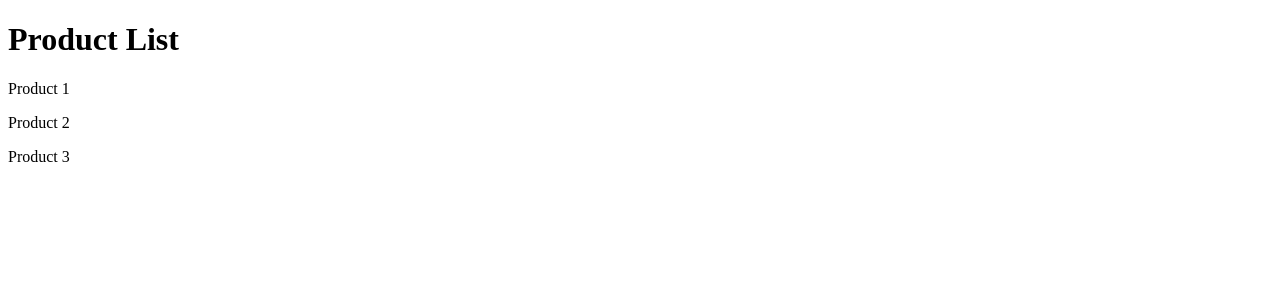
Repository: Mbote-Joseph/Nextjs-Learning
Page: /products
The author's editor kept a copy of each file at every save. The page is drawn from the files as they stood at one save, then again after the next save.
The browser window is 1280 px wide. The pictures show the whole page.
The project was rebuilt for these pictures with package versions that can differ from the ones it lists, and the page was loaded fresh each time. The framework's server and built-in components were replaced by stand-ins that run in the browser. Also part of the build but not shown: next.config.mjs.

Above is the page before, as saved 2024-09-15 08:22:37.

After the next save:
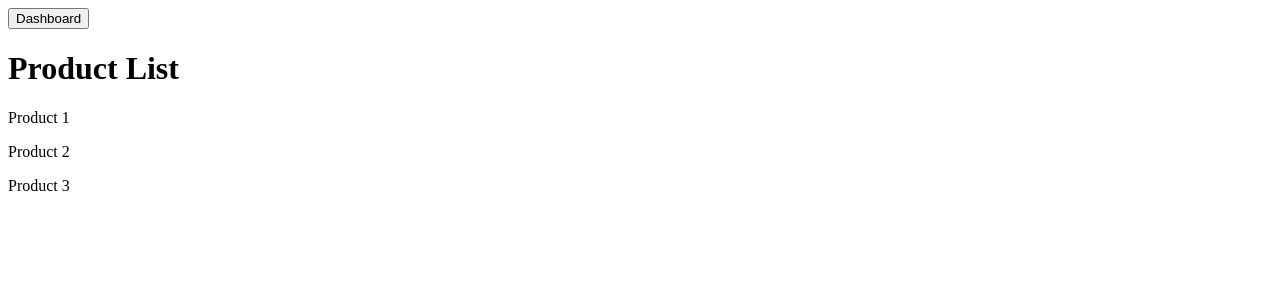
Saved 5 min 8 s later.
--- a/src/app/products/page.tsx
+++ b/src/app/products/page.tsx
@@ -1,6 +1,11 @@
+import { useRouter } from "next/navigation"
+
 export default function ProductList(){
+    const router = useRouter();
+
     return (
         <>
+        <button onClick={()=>router.push('/dashboard')}>Dashboard</button>
         <h1>Product List</h1>
         <p>Product 1</p>
         <p>Product 2</p>
